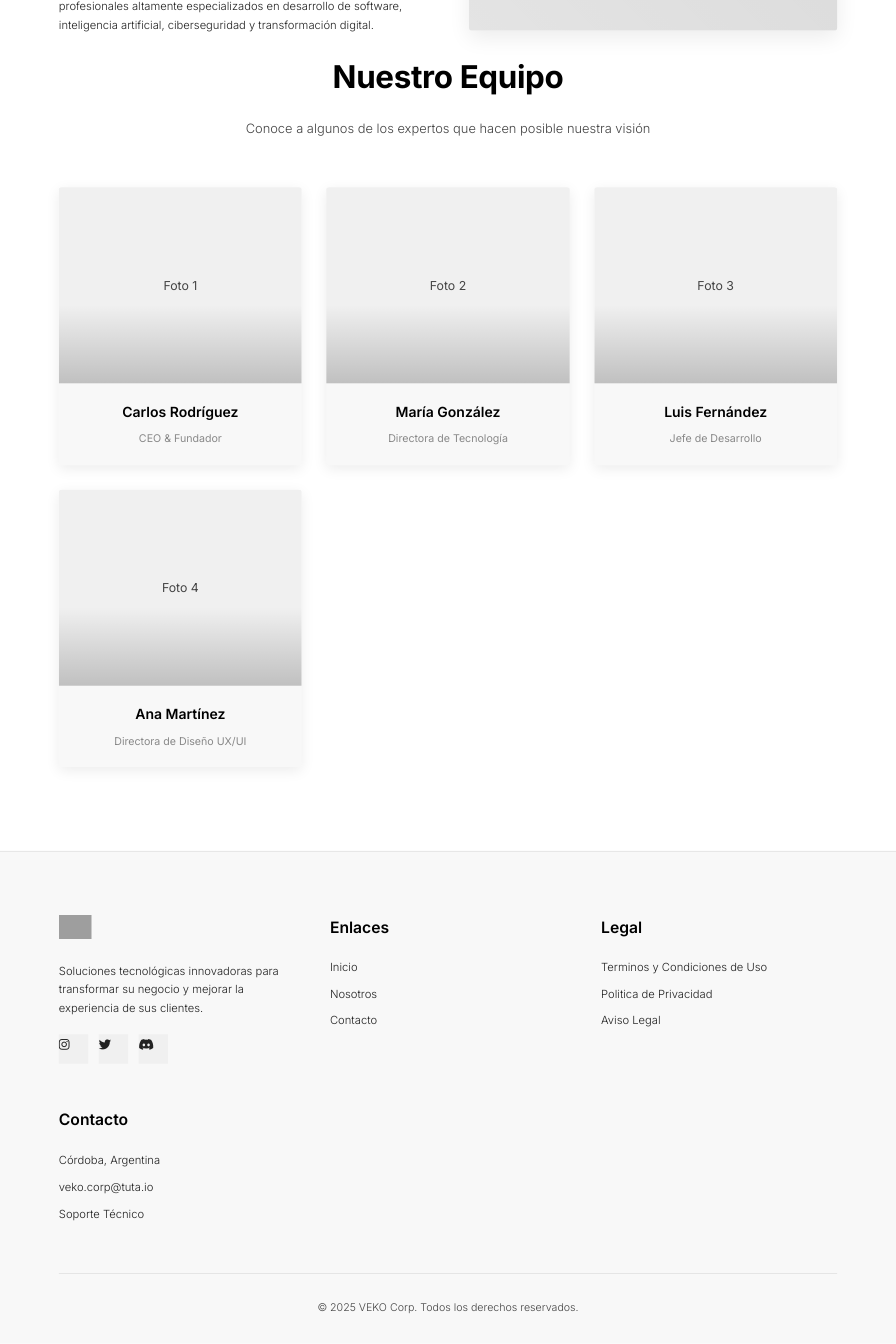
Repository: VEKO-Corp/veko-web
Page: nosotros.html
These files come from the project's save history. The page is drawn as it stood at one moment and after the next save; the edit follows.
The browser window is 1280 px wide. The pictures show the part of the page from y = 761 to 2681 px (the page is 2681 px tall before and 2250 px after), at 70% of full size.
Pictures or frames that could not be fetched are drawn as grey boxes.

Above is the page before, as saved 2025-08-11 21:49:28.

After the next save:
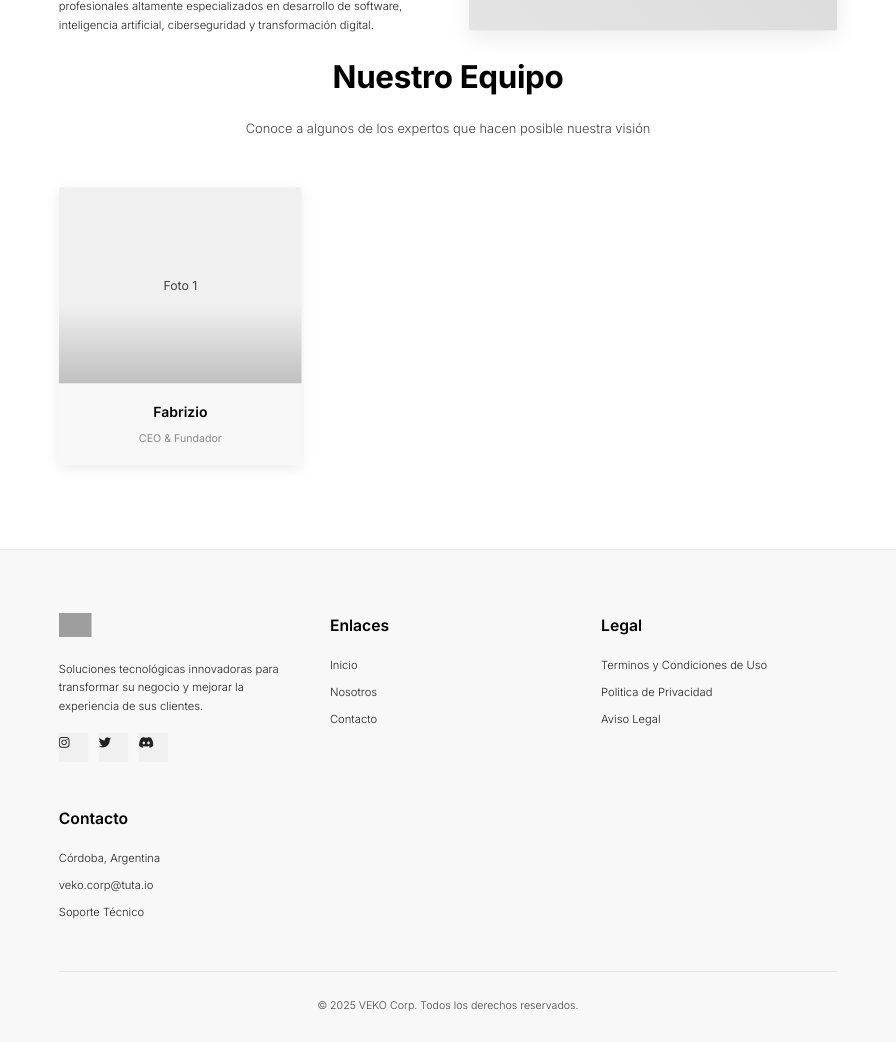
Saved 17 h 55 min later.
--- a/nosotros.html
+++ b/nosotros.html
@@ -60,32 +60,8 @@
                 <div class="team-member fade-in">
                     <div class="member-photo">Foto 1</div>
                     <div class="member-info">
-                        <h4>Carlos Rodríguez</h4>
+                        <h4>Fabrizio</h4>
                         <p>CEO & Fundador</p>
-                    </div>
-                </div>
-
-                <div class="team-member fade-in delay-1">
-                    <div class="member-photo">Foto 2</div>
-                    <div class="member-info">
-                        <h4>María González</h4>
-                        <p>Directora de Tecnología</p>
-                    </div>
-                </div>
-
-                <div class="team-member fade-in delay-2">
-                    <div class="member-photo">Foto 3</div>
-                    <div class="member-info">
-                        <h4>Luis Fernández</h4>
-                        <p>Jefe de Desarrollo</p>
-                    </div>
-                </div>
-
-                <div class="team-member fade-in delay-3">
-                    <div class="member-photo">Foto 4</div>
-                    <div class="member-info">
-                        <h4>Ana Martínez</h4>
-                        <p>Directora de Diseño UX/UI</p>
                     </div>
                 </div>
             </div>
